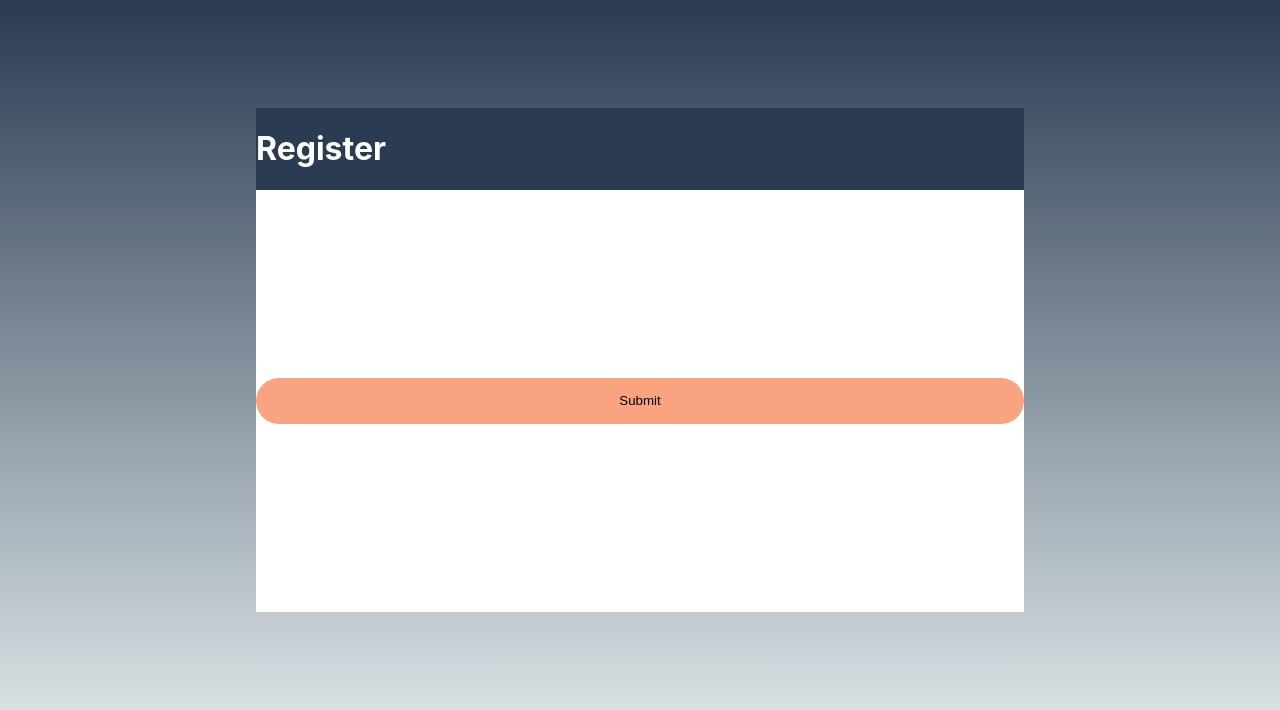
Repository: fatimash2123/todoApp
Page: /
These files come from the project's save history. The page is drawn as it stood at one moment and after the next save; the edit follows.
The browser window is 1280 px wide. The pictures show the whole page.
The project was rebuilt for these pictures with package versions that can differ from the ones it lists, and the page was loaded fresh each time.

Above is the page before, as saved 2024-02-12 16:52:24.

### src/App.tsx
import Register from "./pages/Register/Register";

function App() {
  return (
    <Register/>
  );
}

export default App;

### src/pages/Register/Register.tsx
import FormicContainer from "../../components/FormicContainer/FormicContainer"
import styles from "./Register.module.css"
function Register(){
    return(
        <div className={styles.registerContainer}>
        <FormicContainer></FormicContainer>
        </div>
    )

}

export default Register

### src/components/FormicContainer/FormicContainer.tsx
import { Formik, Form } from "formik";
import * as Yup from "yup";
import Button from "../Button/Button";
import styles from "./FormicContainer.module.css"
interface FormikState {
  name: string;
  email: string;
  password: string;
  confirmPassword: string;
}

function FormicContainer() {
  const initialValues: FormikState = {
    name: "",
    email: "",
    password: "",
    confirmPassword: "",
  };
  const validationSchema = Yup.object({});
  const onSubmit = (values: FormikState) => {
    console.log("Form data", values);
  };
  return (
    <div className={styles.upperContainer}>
        <h1 >Register</h1>
    <Formik className={styles.formikContainer}
      initialValues={initialValues}
      validationSchema={validationSchema}
      onSubmit={onSubmit}
    >
      {(formik) => (
        <Form className={styles.formMain}>
          <Button type="submit" label="Submit"/>
        </Form>
      )}
    </Formik>
    </div>
  );
}

export default FormicContainer;

### src/pages/Register/Register.module.css
.registerContainer {
  width: 100%;
  display: flex;
  justify-content: center;
  align-items: center;
  height: 100vh;
  background-image: linear-gradient(#2a3b52, #dae3e5);
}

### src/components/Button/Button.tsx
import styles from "./Button.module.css"
interface ButtonProps{
    readonly label:string,
    readonly type:"submit"
}
function Button({label,type}:ButtonProps){
    return(
        <button className={styles.button} type={type}>{label}</button>
    )
}
export default Button

### src/components/FormicContainer/FormicContainer.module.css
.formMain{
    display: flex;
    flex-direction: column;
    justify-content: center;
    align-items: center;
    background-color: white;
    height: 100%;
}
.upperContainer{
    background-color: #2a3b52;
    display: flex;
    flex-direction: column;
    width: 60%;
    height: 70%;
}

h1{color: white;}

### src/components/Button/Button.module.css
.button{
    background-color: #FAA381;
    width:100%;
    border:none;
    padding:2%;
    border-radius: 50px;

}

Loaded but not shown: public/index.html (common file); src/index.tsx (common file); src/index.css (common file); src/reportWebVitals.ts (common file)

After the next save:
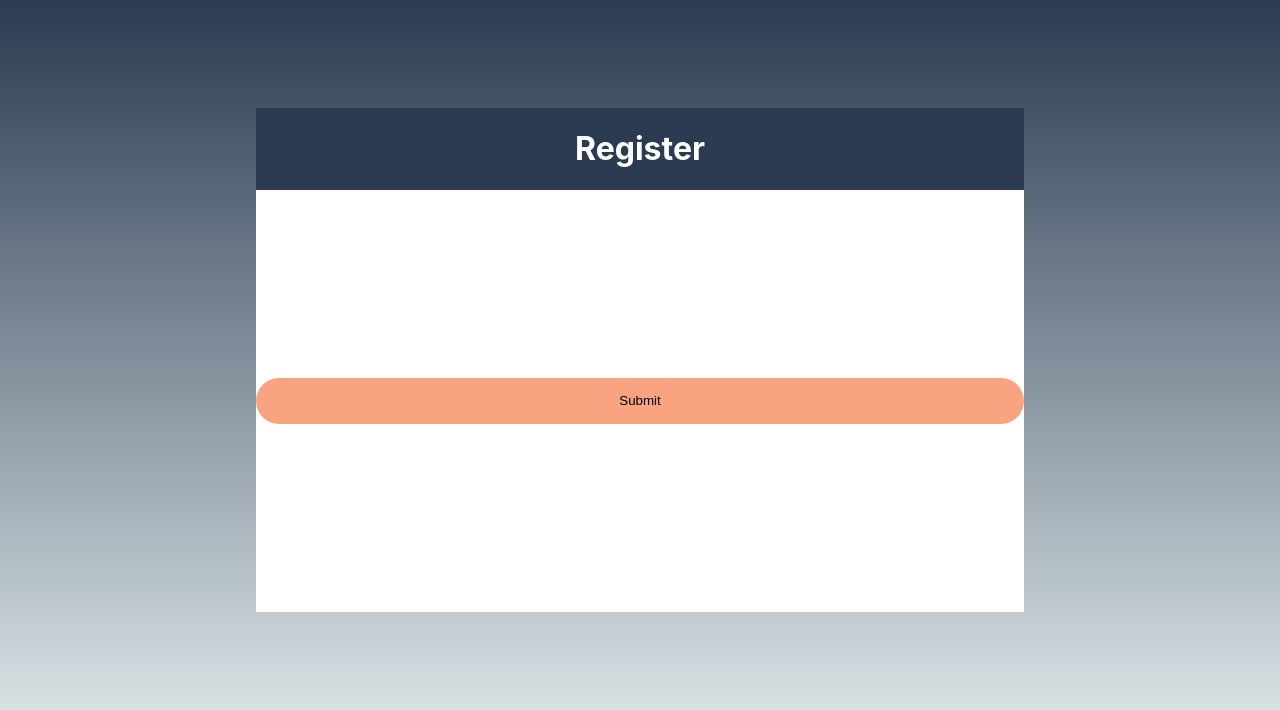
Saved 15 s later.
--- a/src/components/FormicContainer/FormicContainer.module.css
+++ b/src/components/FormicContainer/FormicContainer.module.css
@@ -14,4 +14,6 @@
     height: 70%;
 }
 
-h1{color: white;}
+h1{color: white;
+    text-align: center;
+}
